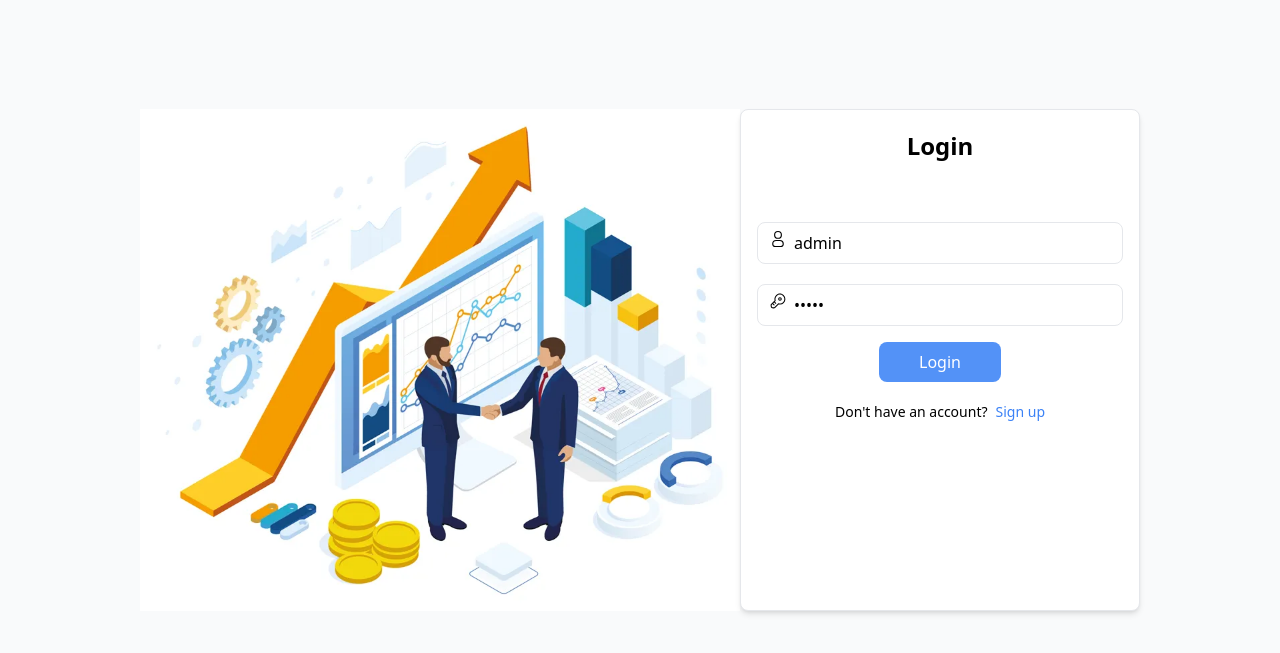
Repository: Fortivera/yourestate
Page: /
The author's editor kept a copy of each file at every save. The page is drawn from the files as they stood at one save, then again after the next save.
The browser window is 1280 px wide. The pictures show the whole page.
The project was rebuilt for these pictures with package versions that can differ from the ones it lists, and the page was loaded fresh each time. The framework's server and built-in components were replaced by stand-ins that run in the browser. Also part of the build but not shown: next.config.js.

Above is the page before, as saved 2023-11-03 00:33:39.

### src/app/layout.tsx
import './globals.css'



export const metadata = {
  title: 'Home',
  description: "great explanation of something",
}

export default function RootLayout({ children }: { children: React.ReactNode }) {
  return (
    <html lang="en">
      <body>
        {children}
      </body>
    </html>
  );
}

### src/app/page.tsx
import Link from "next/link"
import Image from "next/image"
import SvgNewUser from "public/static/SvgNewUser"
import SvgPassword from "public/static/SvgPassword"
import growthVisual from "../../public/static/growth.jpg"

export default function Login() {
  return (
    <div className="min-h-screen bg-gray-50 flex items-center justify-center">
      <div className="flex justify-center items-center w-full px-4 py-10 tablet:w-[540px] ">
        <div className="flex laptop:flex-row tablet:flex-col mobile:flex-col">
          <figure className="laptop:w-[600px] tablet:w-full">
            <Image src={growthVisual} alt="login page picture" layout="responsive" className={"w-full"} />
          </figure>
          <div className="flex flex-col items-center w-[400px] px-4 pb-6 pt-5 bg-white border rounded-lg shadow-md">
            <h1 className="text-2xl font-semibold text-center mb-4">Login</h1>

            <div className="w-full mt-10 mb-4 relative">
              <label className="text-sm" htmlFor="Name">
                <SvgNewUser width={18} height={18} className={"absolute left-3 top-3"} />
              </label>
              <input defaultValue="admin" id="Name" type="text" name="Name" placeholder="Username" autoComplete="given-name" required className="block w-full border rounded-lg py-2 pl-9 mt-1 focus:ring focus:ring-blue-300" />
            </div>

            <div className="w-full mb-4 relative">
              <label className="text-sm" htmlFor="Password">
                <SvgPassword width={18} height={18} className={"absolute left-3 top-3"} />
              </label>
              <input defaultValue="admin" id="Password" type="password" name="Password" placeholder="Password" required className="block w-full border rounded-lg py-2 pl-9 mt-1 focus:ring focus:ring-blue-300" />
            </div>

            <button type="button" aria-label="Sign-in button" className="bg-[#5392f7] text-white rounded-lg w-1/3 py-2 mb-4 hover:bg-[#3b83f6]">
              <Link href="/dashboard">Login</Link>
            </button>
            <div className="flex text-sm justify-center">
              <div className="p-1">Don't have an account?</div>
              <Link href="/user" className="text-blue-500 hover:underline p-1">
                Sign up
              </Link>
            </div>
          </div>
        </div>
      </div>
    </div>
  )
}

### src/app/globals.css

@import url('https://fonts.googleapis.com/css2?family=Lora:ital,wght@0,400;0,500;0,600;1,400;1,500;1,600&family=Montserrat:ital,wght@0,300;0,400;0,500;0,600;1,300;1,400;1,500;1,600&family=Poppins:ital,wght@0,300;0,400;0,500;0,600;0,700;0,800;0,900;1,300;1,400;1,500;1,600;1,700;1,800;1,900&family=Noto+Sans:ital,wght@0,300;0,400;0,500;0,600;0,700;0,800;0,900;1,300;1,400;1,500;1,600;1,700;1,800;1,900&display=swap');

@tailwind base;
@tailwind components;
@tailwind utilities;

.navbarDark{
  background-color:rgb(45 48 56 );
  color: #ddd;
}
.navbarLight {
  background-color: rgb(59 130 246 / 0.5);
  color: black;
}
.propertyListLight {
  background-color: rgb(249 250 251);
  color: black;
  border-color: rgb(229 231 235);
  }
.propertyListDark {
  background-color:rgb(45 48 56 / 0.95);
  color: #ddd;

}
.searchbarLight {
  background-color: rgb(248 250 252);
  color: black;

}
.searchbarDark {
  background-color:rgb(100 116 139 / 0.6);
  color: #ddd;
}
.propertyLight {
  background-color: rgb(249 250 251);
  color: black;

}
.propertyDark {
  background-color:rgb(45 48 56 / 0.95);
  color: #ddd;
}

### public/static/SvgNewUser.tsx
import * as React from "react"
import { SVGProps } from "react"
const SvgNewUser = (props: SVGProps<SVGSVGElement>) => (
  <svg
    xmlns="http://www.w3.org/2000/svg"
    width={800}
    height={800}
    fill="none"
    viewBox="0 0 24 24"
    {...props}
  >
    <g fill="#000" fillRule="evenodd" clipRule="evenodd">
      <path d="M12 2.75a3.75 3.75 0 1 0 0 7.5 3.75 3.75 0 0 0 0-7.5ZM6.75 6.5a5.25 5.25 0 1 1 10.5 0 5.25 5.25 0 0 1-10.5 0ZM4.25 18.571a5.321 5.321 0 0 1 5.321-5.321h4.858a5.321 5.321 0 0 1 5.321 5.321 4.179 4.179 0 0 1-4.179 4.179H8.43a4.179 4.179 0 0 1-4.179-4.179Zm5.321-3.821a3.821 3.821 0 0 0-3.821 3.821c0 1.48 1.2 2.679 2.679 2.679h7.142c1.48 0 2.679-1.2 2.679-2.679 0-2.11-1.71-3.821-3.821-3.821H9.57Z" />
    </g>
  </svg>
)
export default SvgNewUser

### public/static/SvgPassword.tsx
import * as React from "react"
import { SVGProps } from "react"
const SvgPassword = (props: SVGProps<SVGSVGElement>) => (
    <svg
        xmlns="http://www.w3.org/2000/svg"
        width={800}
        height={800}
        fill="none"
        viewBox="0 0 24 24"
        {...props}
    >
        <g fill="#000" fillRule="evenodd" clipRule="evenodd">
            <path d="M4.51 14.999a.689.689 0 0 1 .975 0l1.75 1.749a.689.689 0 0 1-.975.974l-1.75-1.75a.689.689 0 0 1 0-.973ZM6.698 12.812a.689.689 0 0 1 .974 0l1.749 1.75a.689.689 0 0 1-.974.974l-1.75-1.75a.689.689 0 0 1 0-.974Z" />
            <path d="M18.752 5.232c-2.32-2.313-6.075-2.312-8.386 0h-.001c-1.612 1.604-2.1 3.915-1.472 5.958.075.243.009.509-.172.69L3.74 16.86a.975.975 0 0 0-.184.341.912.912 0 0 0-.055.38l.001.006.262 1.901a.912.912 0 0 0 .262.474.857.857 0 0 0 .462.256l1.913.263c.08.012.223.003.385-.05a.838.838 0 0 0 .324-.177l.008-.007 4.995-4.986a.688.688 0 0 1 .692-.17c2.028.634 4.34.14 5.956-1.466a5.94 5.94 0 0 0-.009-8.393Zm-9.36-.975c2.85-2.85 7.475-2.848 10.332 0 2.86 2.849 2.86 7.493.01 10.342l-.001.002A7.316 7.316 0 0 1 12.8 16.52l-4.707 4.698a2.19 2.19 0 0 1-.883.523c-.309.1-.668.152-1.006.104h-.003L4.3 21.582c-.491-.069-.928-.326-1.25-.65a2.279 2.279 0 0 1-.649-1.24l-.001-.01-.262-1.902v-.003a2.26 2.26 0 0 1 .111-1.012c.102-.305.27-.625.505-.868l.007-.007 4.703-4.702c-.591-2.404.043-5.056 1.928-6.932Z" />
            <path d="M14.62 8.302a1.06 1.06 0 1 0 0 2.121 1.06 1.06 0 0 0 0-2.121Zm-2.438 1.06a2.438 2.438 0 1 1 4.876 0 2.438 2.438 0 0 1-4.877 0Z" />
        </g>
    </svg>
)
export default SvgPassword

### tailwind.config.js
/* eslint-disable prettier/prettier */
/** @type {import('tailwindcss').Config} */
module.exports = {
  content: [
    "./app/**/*.{js,ts,jsx,tsx}",
    "./pages/**/*.{js,ts,jsx,tsx}",
    "./components/**/*.{js,ts,jsx,tsx}",

    // Or if using `src` directory:
    "./src/**/*.{js,ts,jsx,tsx}",
  ],
  theme: {
    extend: {
      fontFamily: {
        Poppins: ["Poppins", "sans-serif"],
        Montserrat: ["Montserrat", "sans-serif"],
        Lora: ["Lora", "sans-serif"],
        Noto: ["Noto Sans", "sans-serif"],
      },
      screens: {
        'mobile': "320px",
        'tablet': "481px",
        'laptop': "769px",
       ' desktop': "1025px",
      },


    },
    plugins: [],
  },
}

After the next save:
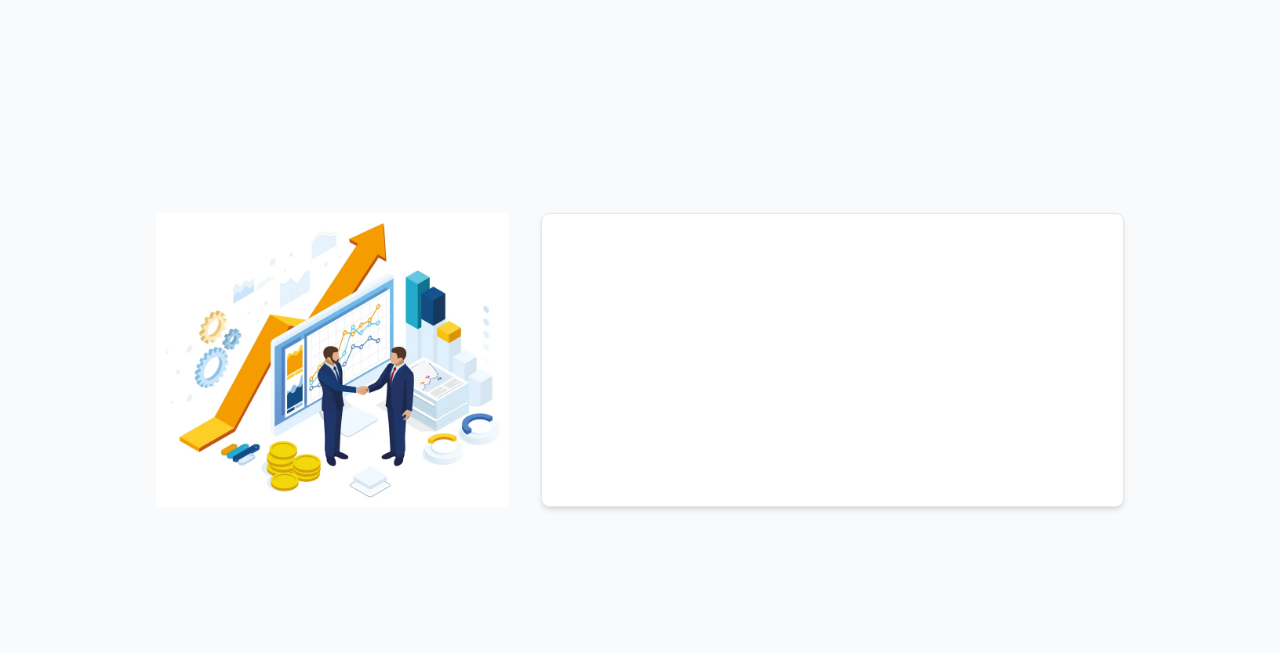
Saved 38 s later.
--- a/src/app/page.tsx
+++ b/src/app/page.tsx
@@ -1,46 +1,29 @@
-import Link from "next/link"
-import Image from "next/image"
-import SvgNewUser from "public/static/SvgNewUser"
-import SvgPassword from "public/static/SvgPassword"
-import growthVisual from "../../public/static/growth.jpg"
+import Link from "next/link";
+import Image from "next/image";
+import SvgNewUser from "public/static/SvgNewUser";
+import SvgPassword from "public/static/SvgPassword";
 
 export default function Login() {
   return (
     <div className="min-h-screen bg-gray-50 flex items-center justify-center">
-      <div className="flex justify-center items-center w-full px-4 py-10 tablet:w-[540px] ">
-        <div className="flex laptop:flex-row tablet:flex-col mobile:flex-col">
-          <figure className="laptop:w-[600px] tablet:w-full">
-            <Image src={growthVisual} alt="login page picture" layout="responsive" className={"w-full"} />
-          </figure>
-          <div className="flex flex-col items-center w-[400px] px-4 pb-6 pt-5 bg-white border rounded-lg shadow-md">
-            <h1 className="text-2xl font-semibold text-center mb-4">Login</h1>
+      <div className="w-full px-4 py-10 tablet:w-[540px] laptop:w-[1000px] laptop:flex laptop:flex-row laptop:space-x-8">
+        {/* Image */}
+        <figure className="laptop:w-[600px] tablet:w-full">
+          <Image
+            src="/static/growth.jpg"
+            alt="login page picture"
+            layout="responsive"
+            width={600} // Set a fixed width for desktop and laptop
+            height={400} // Adjust the height as needed
+            className="w-full"
+          />
+        </figure>
 
-            <div className="w-full mt-10 mb-4 relative">
-              <label className="text-sm" htmlFor="Name">
-                <SvgNewUser width={18} height={18} className={"absolute left-3 top-3"} />
-              </label>
-              <input defaultValue="admin" id="Name" type="text" name="Name" placeholder="Username" autoComplete="given-name" required className="block w-full border rounded-lg py-2 pl-9 mt-1 focus:ring focus:ring-blue-300" />
-            </div>
-
-            <div className="w-full mb-4 relative">
-              <label className="text-sm" htmlFor="Password">
-                <SvgPassword width={18} height={18} className={"absolute left-3 top-3"} />
-              </label>
-              <input defaultValue="admin" id="Password" type="password" name="Password" placeholder="Password" required className="block w-full border rounded-lg py-2 pl-9 mt-1 focus:ring focus:ring-blue-300" />
-            </div>
-
-            <button type="button" aria-label="Sign-in button" className="bg-[#5392f7] text-white rounded-lg w-1/3 py-2 mb-4 hover:bg-[#3b83f6]">
-              <Link href="/dashboard">Login</Link>
-            </button>
-            <div className="flex text-sm justify-center">
-              <div className="p-1">Don't have an account?</div>
-              <Link href="/user" className="text-blue-500 hover:underline p-1">
-                Sign up
-              </Link>
-            </div>
-          </div>
+        {/* Form */}
+        <div className="w-full px-4 pb-8 pt-2 bg-white border rounded-lg shadow-md">
+          {/* ... rest of the code ... */}
         </div>
       </div>
     </div>
-  )
+  );
 }

After the save that followed:
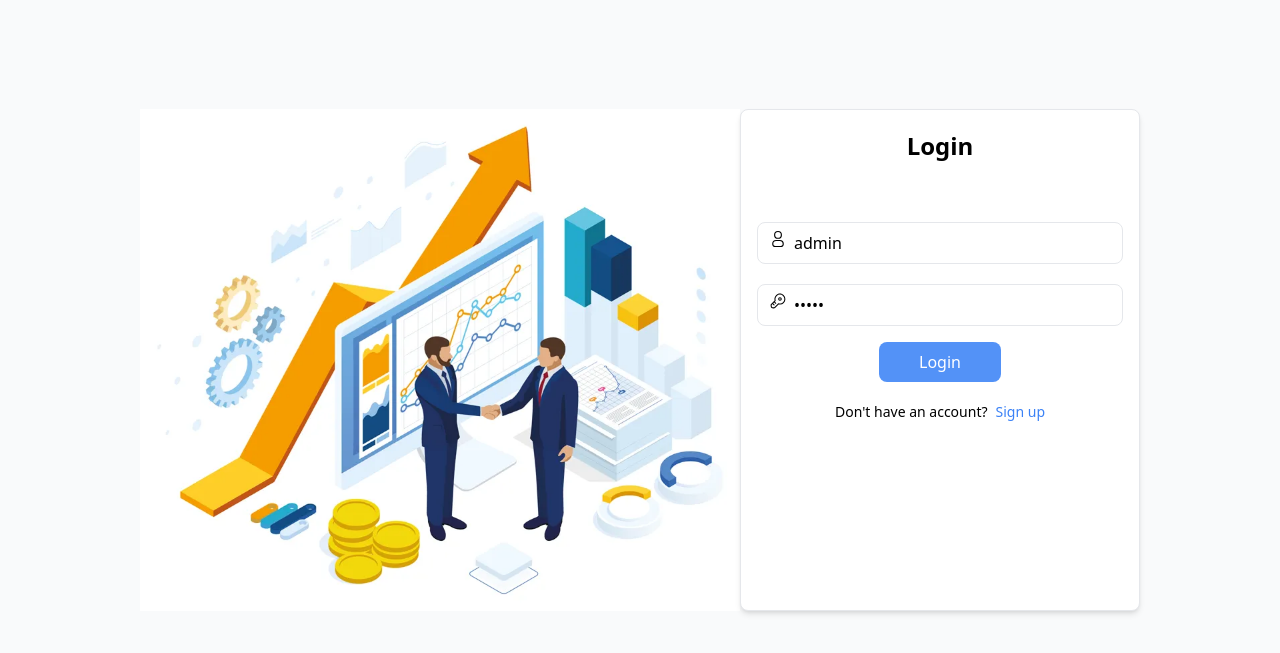
Saved 27 s later.
--- a/src/app/page.tsx
+++ b/src/app/page.tsx
@@ -1,29 +1,46 @@
-import Link from "next/link";
-import Image from "next/image";
-import SvgNewUser from "public/static/SvgNewUser";
-import SvgPassword from "public/static/SvgPassword";
+import Link from "next/link"
+import Image from "next/image"
+import SvgNewUser from "public/static/SvgNewUser"
+import SvgPassword from "public/static/SvgPassword"
+import growthVisual from "../../public/static/growth.jpg"
 
 export default function Login() {
   return (
     <div className="min-h-screen bg-gray-50 flex items-center justify-center">
-      <div className="w-full px-4 py-10 tablet:w-[540px] laptop:w-[1000px] laptop:flex laptop:flex-row laptop:space-x-8">
-        {/* Image */}
-        <figure className="laptop:w-[600px] tablet:w-full">
-          <Image
-            src="/static/growth.jpg"
-            alt="login page picture"
-            layout="responsive"
-            width={600} // Set a fixed width for desktop and laptop
-            height={400} // Adjust the height as needed
-            className="w-full"
-          />
-        </figure>
+      <div className="flex justify-center items-center w-full px-4 py-10 tablet:w-[540px] ">
+        <div className="flex laptop:flex-row tablet:flex-col mobile:flex-col">
+          <figure className="laptop:w-[600px] tablet:w-full">
+            <Image src={growthVisual} alt="login page picture" layout="responsive" className={"w-full"} />
+          </figure>
+          <div className="flex flex-col items-center w-[400px] px-4 pb-6 pt-5 bg-white border rounded-lg shadow-md">
+            <h1 className="text-2xl font-semibold text-center mb-4">Login</h1>
 
-        {/* Form */}
-        <div className="w-full px-4 pb-8 pt-2 bg-white border rounded-lg shadow-md">
-          {/* ... rest of the code ... */}
+            <div className="w-full mt-10 mb-4 relative">
+              <label className="text-sm" htmlFor="Name">
+                <SvgNewUser width={18} height={18} className={"absolute left-3 top-3"} />
+              </label>
+              <input defaultValue="admin" id="Name" type="text" name="Name" placeholder="Username" autoComplete="given-name" required className="block w-full border rounded-lg py-2 pl-9 mt-1 focus:ring focus:ring-blue-300" />
+            </div>
+
+            <div className="w-full mb-4 relative">
+              <label className="text-sm" htmlFor="Password">
+                <SvgPassword width={18} height={18} className={"absolute left-3 top-3"} />
+              </label>
+              <input defaultValue="admin" id="Password" type="password" name="Password" placeholder="Password" required className="block w-full border rounded-lg py-2 pl-9 mt-1 focus:ring focus:ring-blue-300" />
+            </div>
+
+            <button type="button" aria-label="Sign-in button" className="bg-[#5392f7] text-white rounded-lg w-1/3 py-2 mb-4 hover:bg-[#3b83f6]">
+              <Link href="/dashboard">Login</Link>
+            </button>
+            <div className="flex text-sm justify-center">
+              <div className="p-1">Don't have an account?</div>
+              <Link href="/user" className="text-blue-500 hover:underline p-1">
+                Sign up
+              </Link>
+            </div>
+          </div>
         </div>
       </div>
     </div>
-  );
+  )
 }
